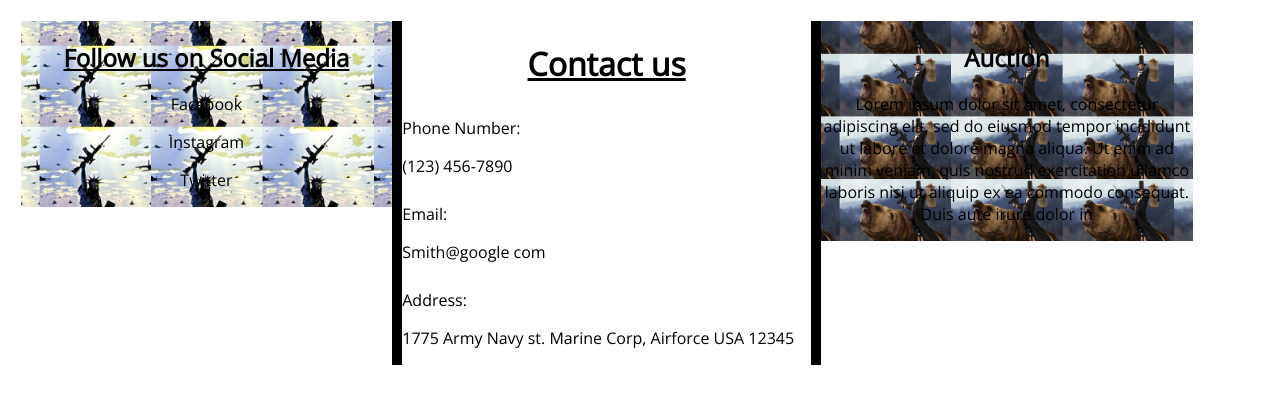
Repository: 3EyEdRav3n/10-2020-cohort-course
Page: week-1/Week-1 Assignment/index.html
An editor plug-in stored every save of this project. The page is shown before and after the next save, followed by the edit.
The browser window is 1280 px wide. The pictures show the whole page.

Above is the page before, as saved 2020-11-01 22:07:18.

### week-1/Week-1 Assignment/index.html
<!DOCTYPE html>
<html lang="en">
  <head>
    <meta charset="UTF-8" />
    <meta name="viewport" content="width=device-width, initial-scale=1.0" />
    <link rel="stylesheet" href="./styles.css" />
    <link
      href="https://fonts.googleapis.com/css2?family=Open+Sans&display=swap"
      rel="stylesheet"
    />
    <link
      href="https://fonts.googleapis.com/css2?family=Open+Sans&family=Roboto+Slab:wght@500&display=swap"
      rel="stylesheet"
    />

    <title>VetTech</title>
  </head>
  <body>
    <div class="container">
      <div class="left-col">
        <h2 style="text-decoration:underline;">Follow us on Social Media</h2>
        <p>Facebook</p>
        <p>Instagram</p>
        <p>Twitter</p>
      </div>
      <div class="center-col">
        <h1 class="contact">Contact us</h1>
        <p class="ph">Phone Number:
          <p>(123) 456-7890</p>
        </p>
        <p class="em">Email:
          <p>Smith@google com</p>
        </p>
        <p class="add">
          Address:
          <p>1775 Army Navy st. Marine Corp, Airforce USA 12345</p>
        </p>
      </div>
      <div class="right-col">
        <h2>Auction</h2>
        <p>
          Lorem ipsum dolor sit amet, consectetur adipiscing elit, sed do
          eiusmod tempor incididunt ut labore et dolore magna aliqua. Ut enim ad
          minim veniam, quis nostrud exercitation ullamco laboris nisi ut
          aliquip ex ea commodo consequat. Duis aute irure dolor in
        </p>
      </div>
    </div>
  </body>
</html>

### week-1/Week-1 Assignment/styles.css

.container{
        box-sizing: border-box;
        font-family: 'Open Sans', sans-serif;
        min-height:100%;
        padding: 1%;
}
.left-col{
        background-image: url("/images/liberty.jpg");
        background-position: bottom center;
        background-size: 30%;
        background-color: #cccccc;
        float: left;
        text-align: center;
        width: 30%;
}
.center-col{
        background-color: opaque;
        border-left: 10px solid;
        border-right: 10px solid;
        float: left;
        padding: 0px;
        text-align: left;
        width: 33%;
}
.right-col{
        background-image: url("/images/lincoln.jpg");
        background-position: bottom center;
        background-size: 30%;
        background-color: #cccccc;
        float: left;
        text-align: center;
        width: 30%;

}
.contact{
        font-weight: bold;
        text-align: center;
        text-decoration:underline;
}
.ph{
        padding-top: 10px;
        padding-bottom: 0px;
        text-align: left;
}
.em{
        padding-top: 10px;
        padding-bottom: 0px;
        text-align: left;
}
.add{
        padding-top: 10px;
        padding-bottom: 0px;
        text-align: left;
}
.follow{
        text-decoration:underline;
}

h1 {
        font-family: 'Open Sans', sans-serif;
}

After the next save:
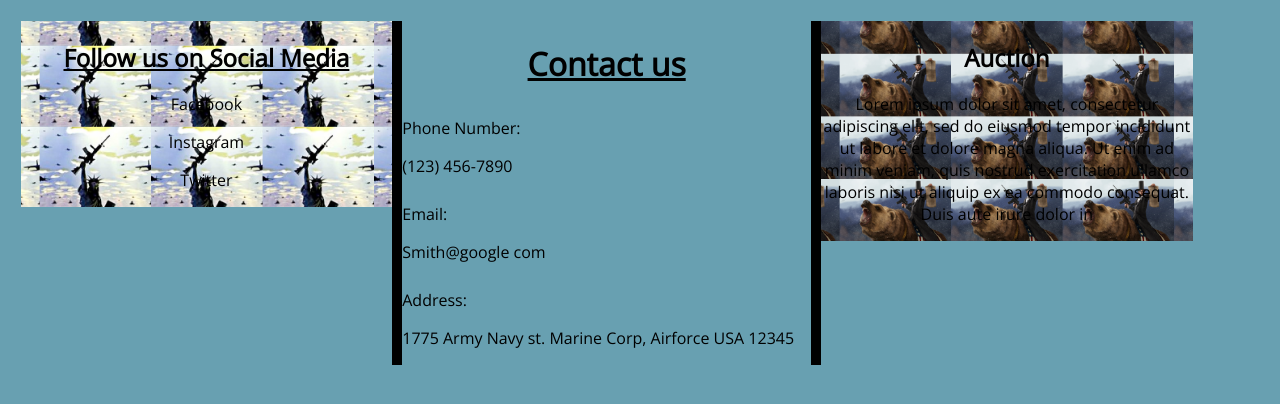
Saved 78 s later.
--- a/week-1/Week-1 Assignment/styles.css
+++ b/week-1/Week-1 Assignment/styles.css
@@ -1,3 +1,7 @@
+
+body {
+        background-color: #68a0b1;
+}
 
 .container{
         box-sizing: border-box;
@@ -9,13 +13,11 @@
         background-image: url("/images/liberty.jpg");
         background-position: bottom center;
         background-size: 30%;
-        background-color: #cccccc;
         float: left;
         text-align: center;
         width: 30%;
 }
 .center-col{
-        background-color: opaque;
         border-left: 10px solid;
         border-right: 10px solid;
         float: left;
@@ -27,7 +29,6 @@
         background-image: url("/images/lincoln.jpg");
         background-position: bottom center;
         background-size: 30%;
-        background-color: #cccccc;
         float: left;
         text-align: center;
         width: 30%;
